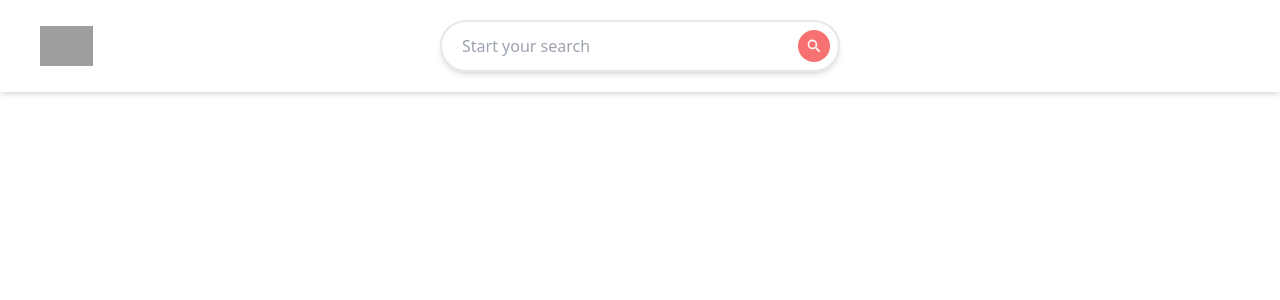
Repository: lakshithapramodya/airbnb
Page: /
An editor plug-in stored every save of this project. The page is shown before and after the next save, followed by the edit.
The browser window is 1280 px wide. The pictures show the whole page.
Pictures or frames that could not be fetched are drawn as grey boxes. The project was rebuilt for these pictures with package versions that can differ from the ones it lists, and the page was loaded fresh each time. The framework's server and built-in components were replaced by stand-ins that run in the browser. Also part of the build but not shown: next.config.js.

Above is the page before, as saved 2022-10-14 12:07:50.

### pages/_app.jsx
import "../styles/globals.css";
import { AppProps } from "next/app";

function MyApp({ Component, pageProps }) {
  return <Component {...pageProps} />;
}

export default MyApp;

### pages/index.js
import { NextPage } from "next";
import Head from "next/head";
import Image from "next/image";
import Header from "../components/Header";

const Home = () => {
  return (
    <div className="">
      <Head>
        <title>Create Next App</title>
        <link rel="icon" href="/favicon.ico" />
      </Head>

      <Header />

      {/* Banner` */}
    </div>
  );
};

export default Home;

### components/Header.js
import React from "react";
import Image from "next/image";
import { SearchIcon } from "@heroicons/react/solid";

function Header() {
  return (
    <div className="sticky top-0  z-50 grid grid-cols-3 bg-white shadow-md p-5 md:px-10">
      {/* Left */}
      <div className="relative flex item-center h-10 cursor-pointer my-auto">
        <Image
          src="https://1000logos.net/wp-content/uploads/2017/08/Airbnb-Logo.png"
          layout="fill"
          objectFit="contain"
          objectPosition="left"
        />
      </div>

      {/* Middle */}
      <div
        className="flex items-center md:border-2 rounded-full py-2
      md:shadow-md"
      >
        <input
          className="!outline-0 pl-5 bg-transparent flex-grow md:min-w-0  "
          type="text"
          placeholder="Start your search"
        />
        <SearchIcon
          className="hidden md:inline-flex h-8 bg-red-400
         text-white rounded-full p-2 cursor-pointer md:mx-2 "
        />
      </div>

      {/* Right */}
      <div></div>
    </div>
  );
}

export default Header;

Loaded but not shown: styles/globals.css (common file); tailwind.config.js (common file)

After the next save:
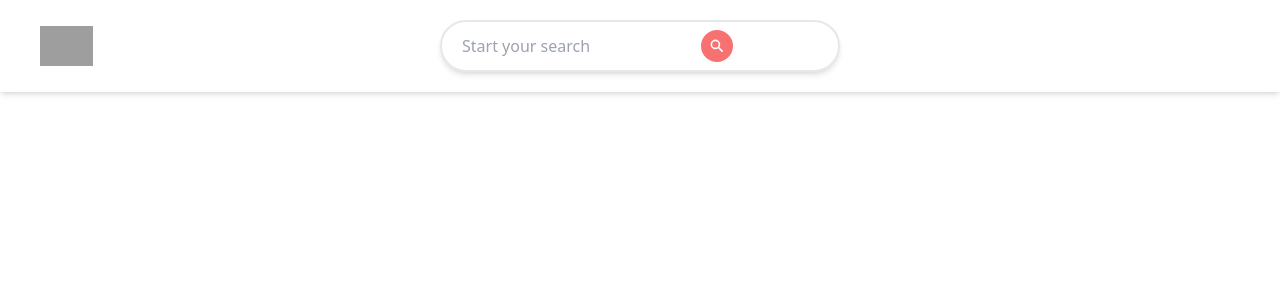
Saved 92 min 34 s later.
--- a/components/Header.js
+++ b/components/Header.js
@@ -21,7 +21,7 @@
       md:shadow-md"
       >
         <input
-          className="!outline-0 pl-5 bg-transparent flex-grow md:min-w-0  "
+          className="!outline-0 pl-5 bg-transparent  md:min-w-0  "
           type="text"
           placeholder="Start your search"
         />

After the save that followed:
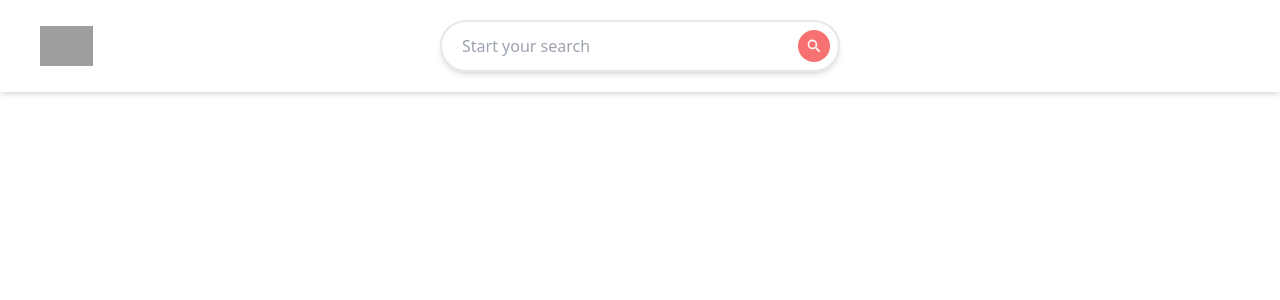
Saved 12 s later.
--- a/components/Header.js
+++ b/components/Header.js
@@ -21,7 +21,7 @@
       md:shadow-md"
       >
         <input
-          className="!outline-0 pl-5 bg-transparent  md:min-w-0  "
+          className="!outline-0 pl-5 bg-transparent flex-grow md:min-w-0  "
           type="text"
           placeholder="Start your search"
         />
